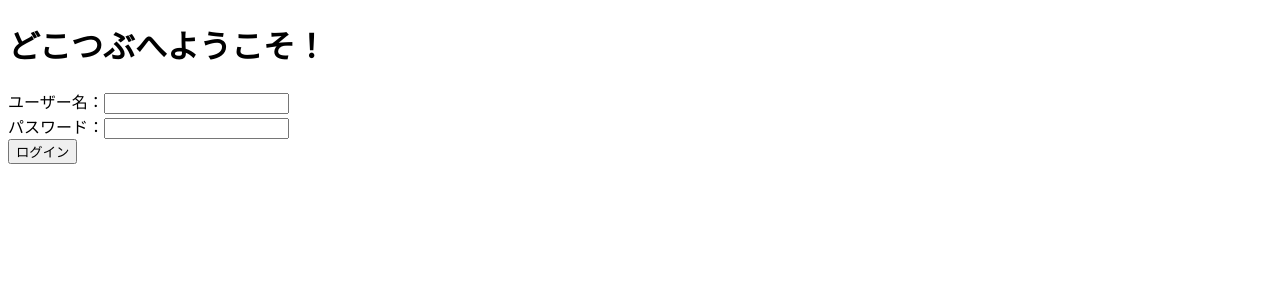
Repository: lunalice/01_START
Page: http://localhost/hello_world_now/
An editor plug-in stored every save of this project. The page is shown before and after the next save, followed by the edit.
The browser window is 1280 px wide. The pictures show the whole page.
The page is served by Tomcat 9.

Above is the page before, as saved 2018-02-07 04:49:14.

After the next save:
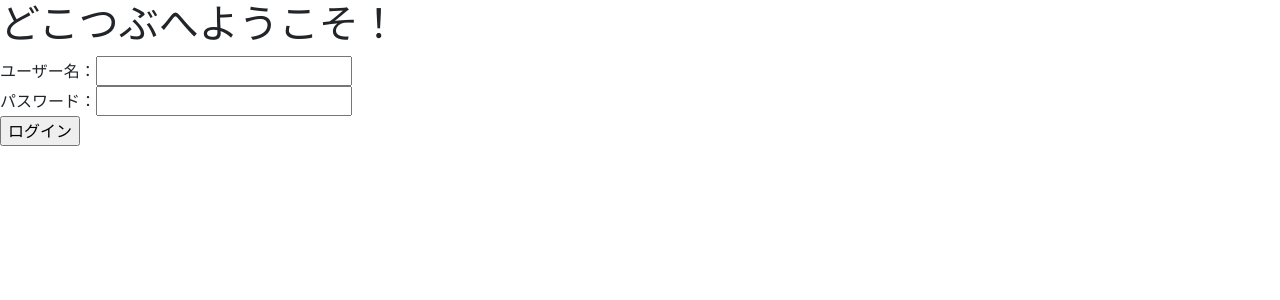
Console error: TypeError: Cannot read properties of undefined (reading 'fn')
Saved 17 min 48 s later.
--- a/eclipse-workspace/hello_world_now/WebContent/index.jsp
+++ b/eclipse-workspace/hello_world_now/WebContent/index.jsp
@@ -4,6 +4,8 @@
 <html>
 <head>
 <meta http-equiv="Content-Type" content="text/html; charset=UTF-8">
+<link rel="stylesheet" href="https://maxcdn.bootstrapcdn.com/bootstrap/4.0.0/css/bootstrap.min.css" integrity="sha384-Gn5384xqQ1aoWXA+058RXPxPg6fy4IWvTNh0E263XmFcJlSAwiGgFAW/dAiS6JXm" crossorigin="anonymous">
+<script src="https://maxcdn.bootstrapcdn.com/bootstrap/4.0.0/js/bootstrap.min.js" integrity="sha384-JZR6Spejh4U02d8jOt6vLEHfe/JQGiRRSQQxSfFWpi1MquVdAyjUar5+76PVCmYl" crossorigin="anonymous"></script>
 <title>どこつぶ</title>
 </head>
 <body>
